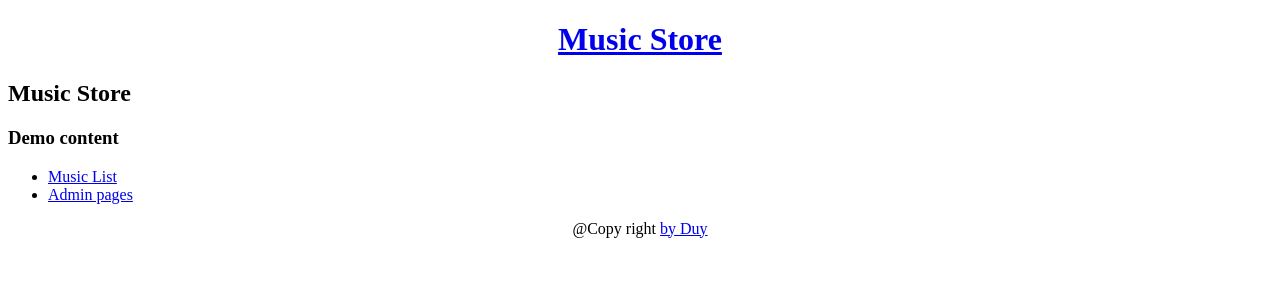
Repository: OnlyLight/Dua_Thu
Page: http://localhost/MusicStore/
These files come from the project's save history. The page is drawn as it stood at one moment and after the next save; the edit follows.
The browser window is 1280 px wide. The pictures show the whole page.
The page is served by Tomcat 9. Other server files are loaded and not shown.

Above is the page before, as saved 2018-05-13 06:21:55.

### JavaWeb/MusicStore/src/main/webapp/WEB-INF/views/index.jsp
<%@ page language="java" contentType="text/html; charset=ISO-8859-1"
	pageEncoding="ISO-8859-1"%>
<!DOCTYPE html PUBLIC "-//W3C//DTD HTML 4.01 Transitional//EN" "http://www.w3.org/TR/html4/loose.dtd">
<html>
<head>
<meta http-equiv="Content-Type" content="text/html; charset=ISO-8859-1">
<title>Insert title here</title>
</head>
<body>

	<jsp:include page="_header.jsp"></jsp:include>
	<h2>Music Store</h2>

	<div>
		<h3>Demo content</h3>

		<ul>
			<li><a href="/MusicStore/product-list">Music List</a></li>
			<li><a href="/MusicStore/admin">Admin pages</a></li>
		</ul>
	</div>

	<jsp:include page="_footer.jsp"></jsp:include>
</body>
</html>

### JavaWeb/MusicStore/src/main/webapp/WEB-INF/views/_header.jsp
<%@ page language="java" contentType="text/html; charset=UTF-8"
	pageEncoding="UTF-8"%>

<div style="text-align: center">
	<h1><a href="/MusicStore">Music Store</a></h1>
</div>

### JavaWeb/MusicStore/src/main/webapp/WEB-INF/views/_footer.jsp
<%@ page language="java" contentType="text/html; charset=UTF-8"
	pageEncoding="UTF-8"%>
<div style="text-align: center">@Copy right <a href="#" target="_blank">by Duy</a>
</div>

After the next save:
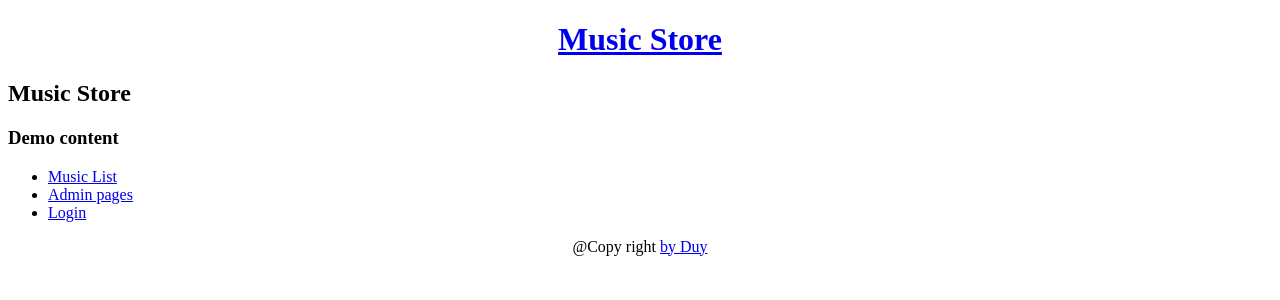
Saved 2 min 19 s later.
--- a/JavaWeb/MusicStore/src/main/webapp/WEB-INF/views/index.jsp
+++ b/JavaWeb/MusicStore/src/main/webapp/WEB-INF/views/index.jsp
@@ -17,6 +17,7 @@
 		<ul>
 			<li><a href="/MusicStore/product-list">Music List</a></li>
 			<li><a href="/MusicStore/admin">Admin pages</a></li>
+			<li><a href="/MusicStore/login">Login</a></li>
 		</ul>
 	</div>
 
